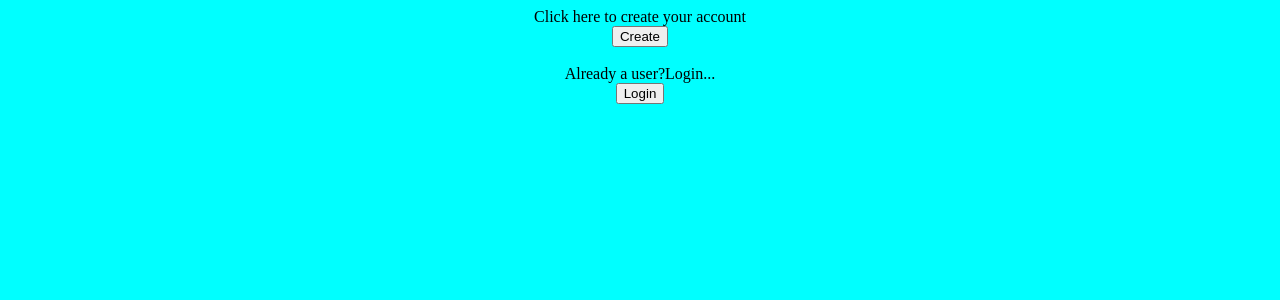
Repository: rosikraj/TurbifyTraining
Page: Wallet/WebContent/button.html
An editor plug-in stored every save of this project. The page is shown before and after the next save, followed by the edit.
The browser window is 1280 px wide. The pictures show the whole page.

Above is the page before, as saved 2023-09-24 05:47:20.

After the next save:
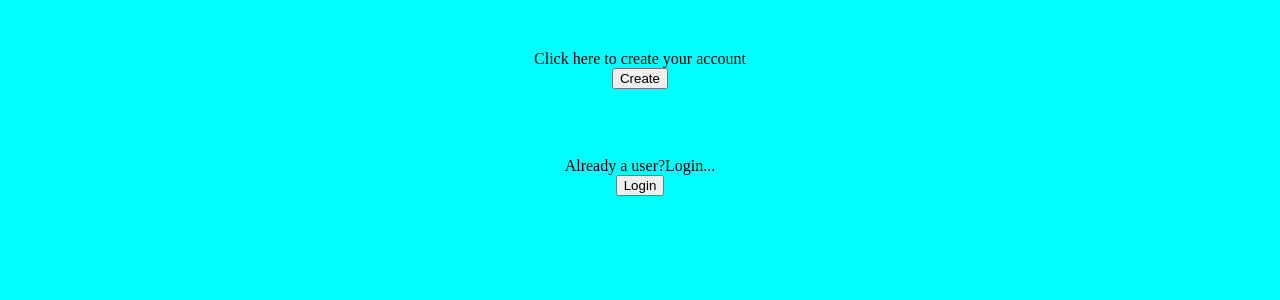
Saved 15 s later.
--- a/Wallet/WebContent/button.html
+++ b/Wallet/WebContent/button.html
@@ -12,6 +12,7 @@
 <style>
     	form{
     		align:center;
+    		margin-top:50px
     	}
     </style>
 </head>
